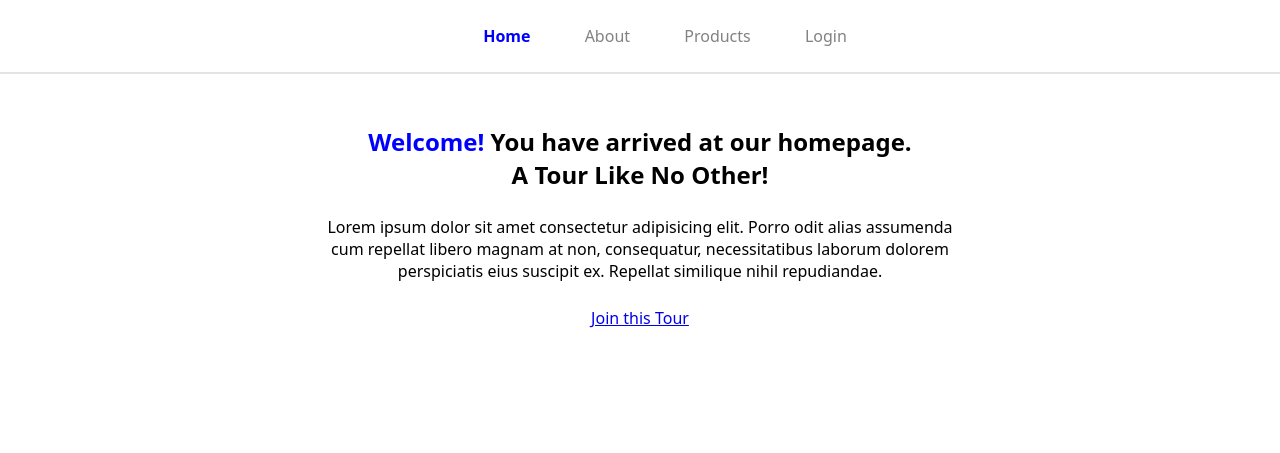
Repository: Yeyolive/WebDev_Collab_2025
Page: Basic_Projects/Basic-Website/index.html
These files come from the project's save history. The page is drawn as it stood at one moment and after the next save; the edit follows.
The browser window is 1280 px wide. The pictures show the whole page.

Above is the page before, as saved 2025-11-02 20:08:01.

### Basic_Projects/Basic-Website/index.html
<!DOCTYPE html>
<html lang="en">
  <head>
    <meta charset="UTF-8" />
    <meta name="viewport" content="width=device-width, initial-scale=1.0" />
    <title>Home</title>
    <link rel="stylesheet" href="styles.css" />
  </head>
  <body>
    <!-- NAVIGATION BAR -->
    <nav>
      <a href="index.html" class="active">Home</a>
      <a href="about.html">About</a>
      <a href="products.html">Products</a>
      <a href="login.html">Login</a>
    </nav>

    <!--Home-->
    <header>
      <h1>
        <span>Welcome!</span> You have arrived at our homepage.<br />
        A Tour Like No Other!
      </h1>
      <p>
        Lorem ipsum dolor sit amet consectetur adipisicing elit. Porro odit
        alias assumenda cum repellat libero magnam at non, consequatur,
        necessitatibus laborum dolorem perspiciatis eius suscipit ex. Repellat
        similique nihil repudiandae. <br />
      </p>
      <a href="login.html">Join this Tour</a>
    </header>
  </body>
</html>

### Basic_Projects/Basic-Website/styles.css
* {
  margin: 0;
  padding: 0;
}

html {
  text-align: center;
  font-family: system-ui, -apple-system, BlinkMacSystemFont, "Segoe UI", Roboto,
    Oxygen, Ubuntu, Cantarell, "Open Sans", "Helvetica Neue", sans-serif;
}

nav {
  position: fixed;
  top: 0;
  width: 100%;
  padding: 25px;
  border-bottom: 2px solid #e3e3e3;
}

nav a {
  text-decoration: none;
  color: rgb(131, 129, 129);
  margin: 0 25px;
}

nav a:hover {
  color: blue;
  cursor: pointer;
}

nav a.active {
  font-weight: bold;
  color: blue;
}

header {
  padding-top: 125px;
}

header p {
  margin: 25px 0;
  width: 50%;
  margin-left: auto;
  margin-right: auto;
}

h1 {
  font-size: 1.5rem;
}
span {
  color: blue;
  font-weight: bold;
}

After the next save:
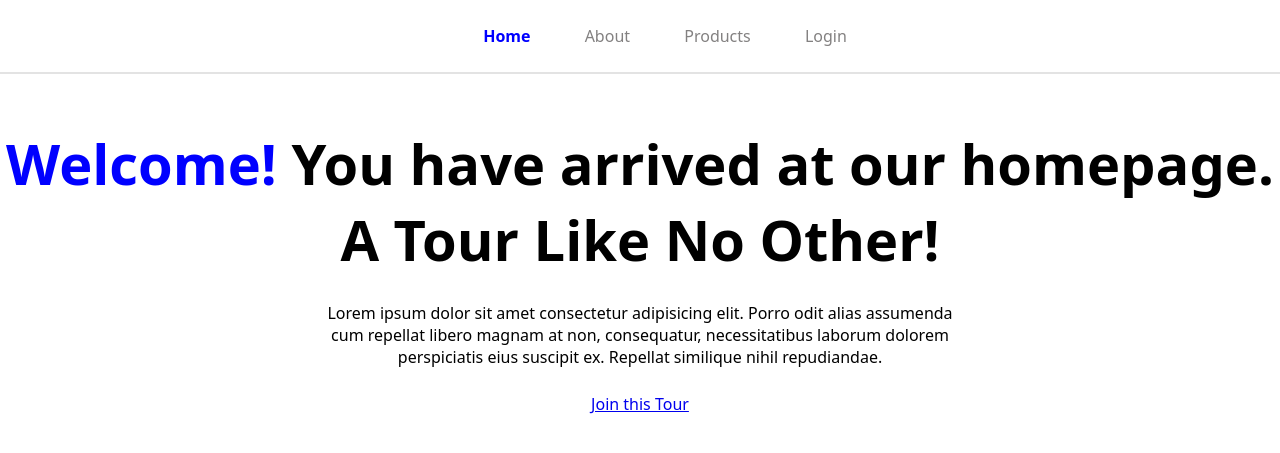
Saved 7 s later.
--- a/Basic_Projects/Basic-Website/styles.css
+++ b/Basic_Projects/Basic-Website/styles.css
@@ -45,7 +45,7 @@ header p {
 }
 
 h1 {
-  font-size: 1.5rem;
+  font-size: 3.5rem;
 }
 span {
   color: blue;
